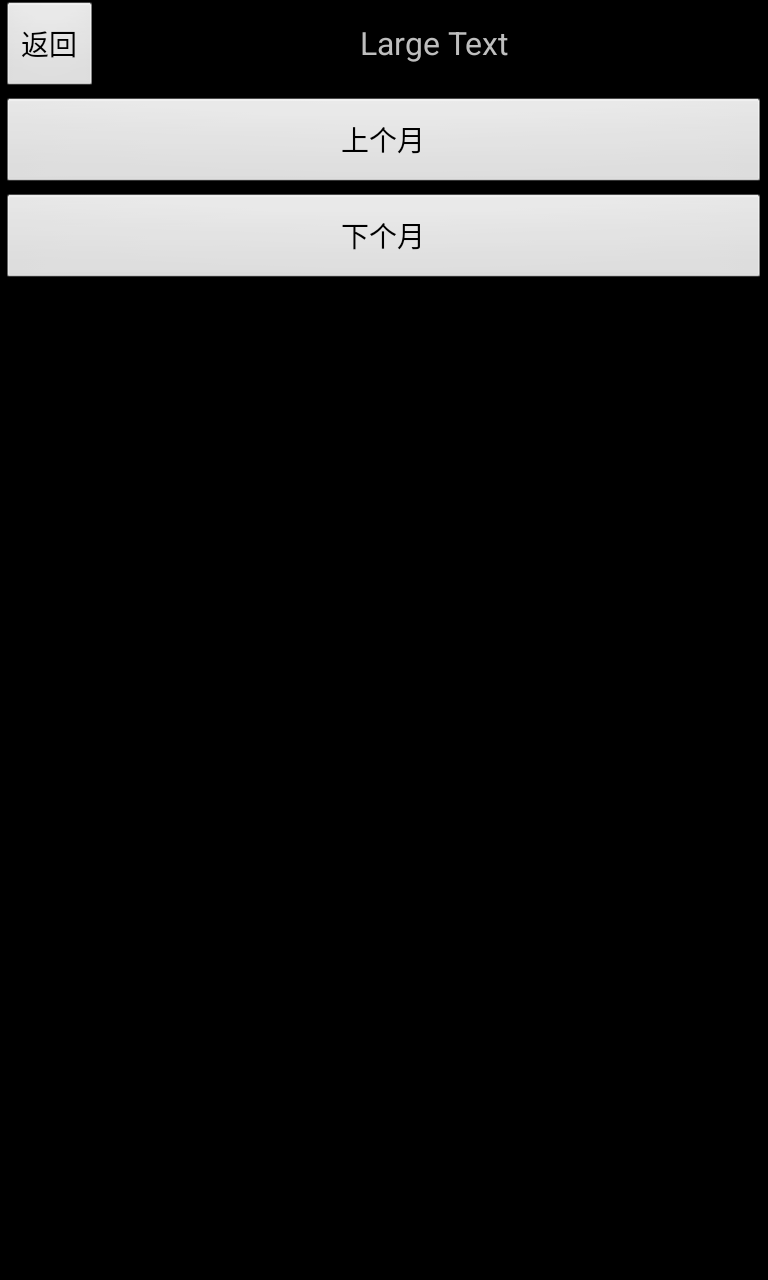
Repository: gongxinge/money-android
Layout: P2P/res/layout/billdetaillist.xml
These files come from the project's save history. The layout is drawn as it stood at one moment and after the next save; the edit follows.
It is drawn on a 768 x 1280 px phone screen (xhdpi) without system bars, with theme android:Theme; the app's code is not run. Lists and similar views that code fills are empty.

Above is the layout before, as saved 2015-06-28 07:57:34.

After the next save:
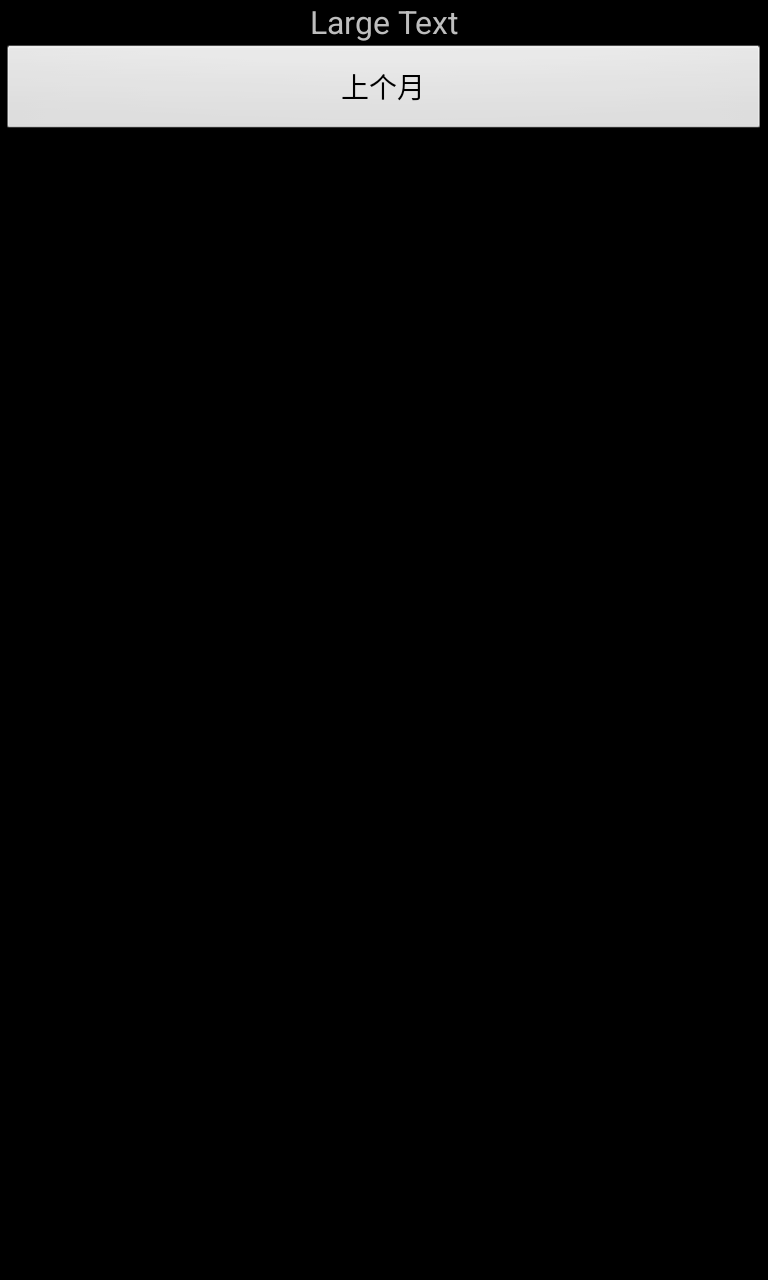
Saved 8 min 5 s later.
--- a/P2P/res/layout/billdetaillist.xml
+++ b/P2P/res/layout/billdetaillist.xml
@@ -4,17 +4,6 @@
     android:layout_height="match_parent"
     android:orientation="vertical" >
 
-    <LinearLayout
-        android:id="@+id/llCenter"
-        android:layout_width="fill_parent"
-        android:layout_height="wrap_content"
-        android:orientation="horizontal" >
-
-        <Button
-            android:id="@+id/btnBack"
-            android:layout_width="wrap_content"
-            android:layout_height="wrap_content"
-            android:text="返回" />
 
         <TextView
             android:id="@+id/txtMonthInfo"
@@ -23,7 +12,12 @@
             android:gravity="center"
             android:text="Large Text"
             android:textSize="16dp" />
-    </LinearLayout>
+
+    <LinearLayout
+        android:id="@+id/llCenter"
+        android:layout_width="fill_parent"
+        android:layout_height="wrap_content"
+        android:orientation="horizontal" >
 
     <Button
         android:id="@+id/btnBack"
@@ -31,16 +25,17 @@
         android:layout_height="wrap_content"
         android:text="上个月" />
 
+    <Button
+        android:id="@+id/btnBack"
+        android:layout_width="fill_parent"
+        android:layout_height="wrap_content"
+        android:text="下个月" />
+        </LinearLayout>
     <ListView
         android:id="@+id/listView1"
         android:layout_width="match_parent"
         android:layout_height="wrap_content" >
     </ListView>
 
-    <Button
-        android:id="@+id/btnBack"
-        android:layout_width="fill_parent"
-        android:layout_height="wrap_content"
-        android:text="下个月" />
 
 </LinearLayout>
